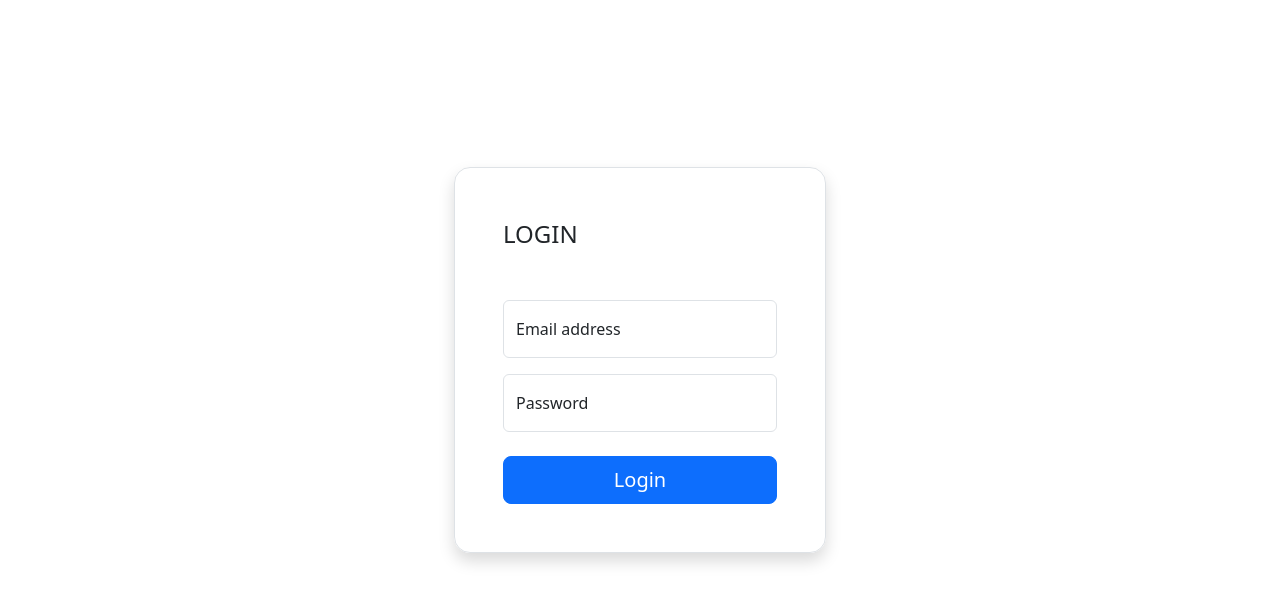
Repository: jaevoy2/lara_demo
Page: http://localhost/
The author's editor kept a copy of each file at every save. The page is drawn from the files as they stood at one save, then again after the next save.
The browser window is 1280 px wide. The pictures show the whole page.
The page is served by the project's Laravel application, run on PHP 8.4 with Laravel 12.

Above is the page before, as saved 2026-07-07 09:29:10.

After the next save:
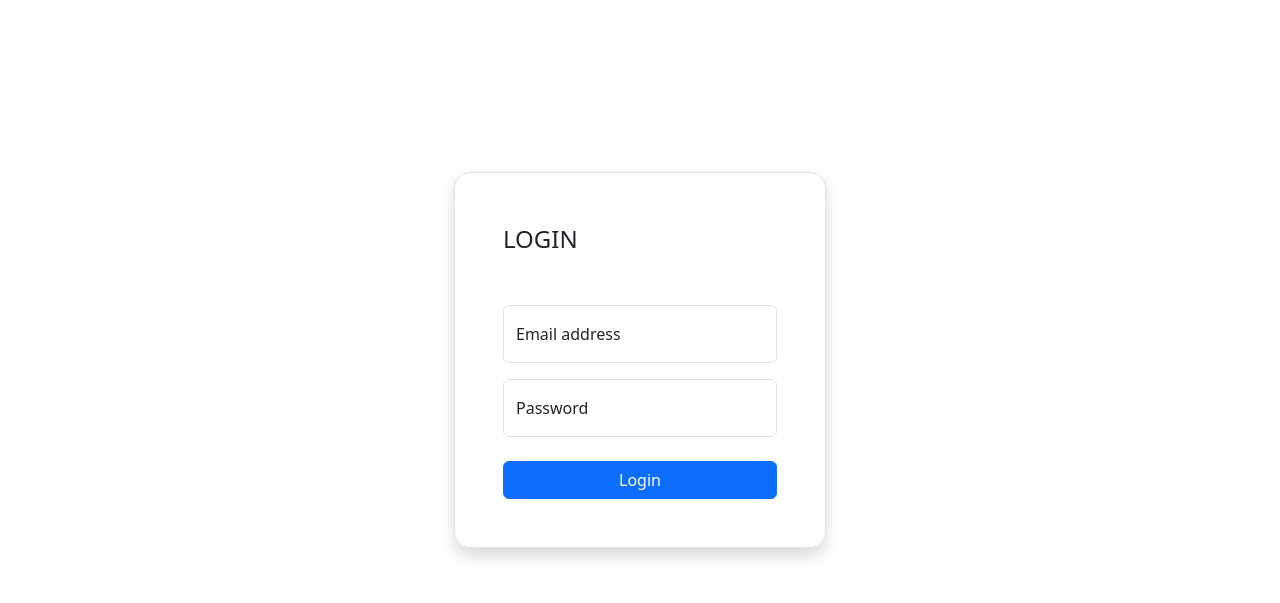
Saved 88 min 21 s later.
--- a/resources/views/login.blade.php
+++ b/resources/views/login.blade.php
@@ -16,7 +16,7 @@
                 </div>
 
                 <div class="d-flex flex-column">
-                    <button type="submit" class="btn btn-primary btn-lg">Login</button>
+                    <button type="submit" class="btn btn-primary">Login</button>
 
                     @if(session('error'))
                         <span class="text-danger">{{ session('error') }}</span>

After the save that followed:
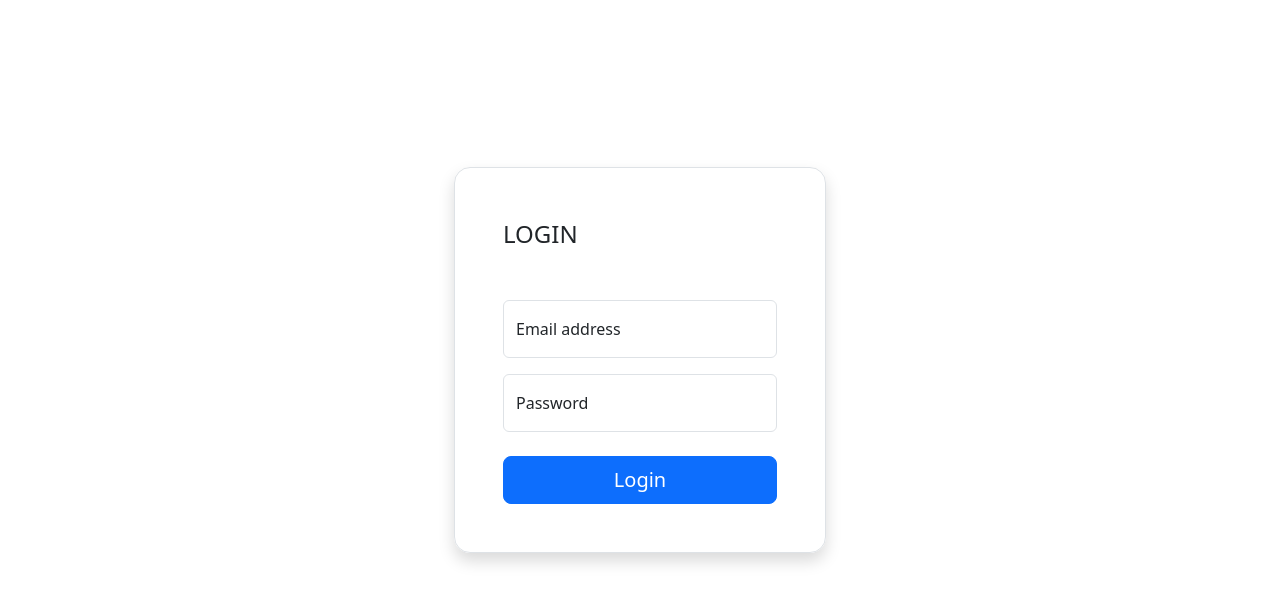
Saved 4 s later.
--- a/resources/views/login.blade.php
+++ b/resources/views/login.blade.php
@@ -16,7 +16,7 @@
                 </div>
 
                 <div class="d-flex flex-column">
-                    <button type="submit" class="btn btn-primary">Login</button>
+                    <button type="submit" class="btn btn-primary btn-lg">Login</button>
 
                     @if(session('error'))
                         <span class="text-danger">{{ session('error') }}</span>
